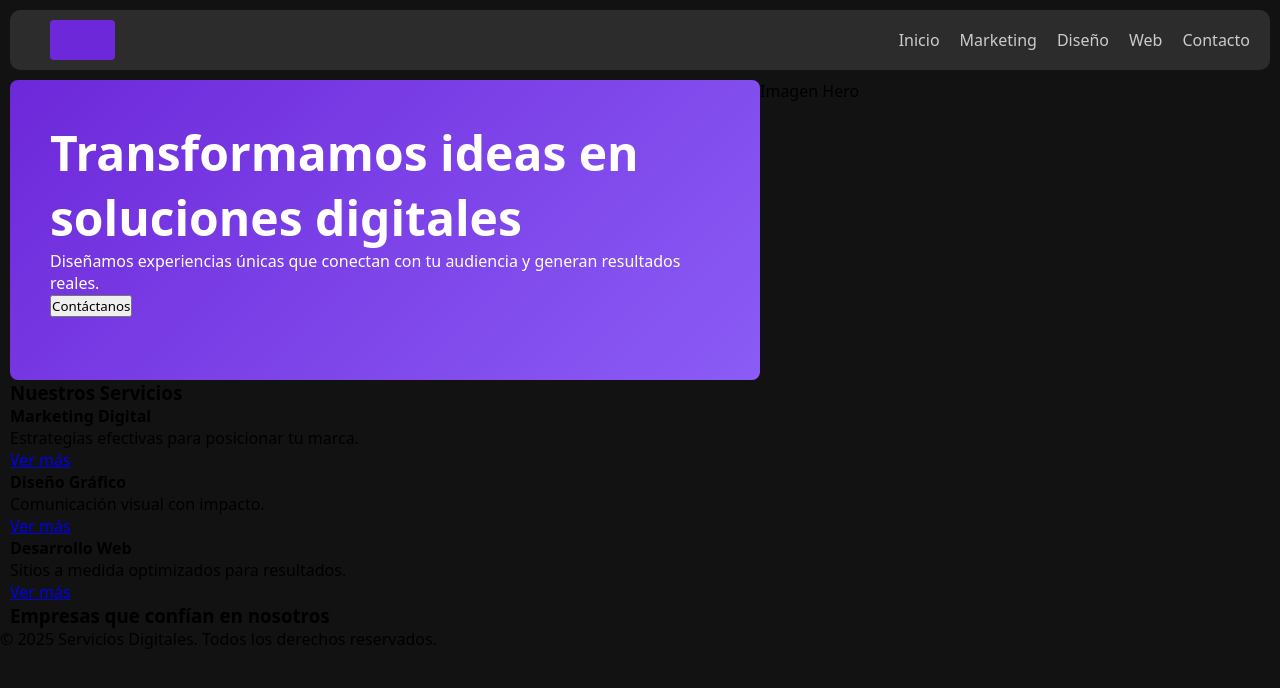
Repository: santinogarrone/TrabajoAgustin
Page: html/index.html
An editor plug-in stored every save of this project. The page is shown before and after a run of saves, followed by the edit.
The browser window is 1280 px wide. The pictures show the whole page.

Above is the page before, as saved 2025-05-02 12:10:51.

After the next 2 saves:
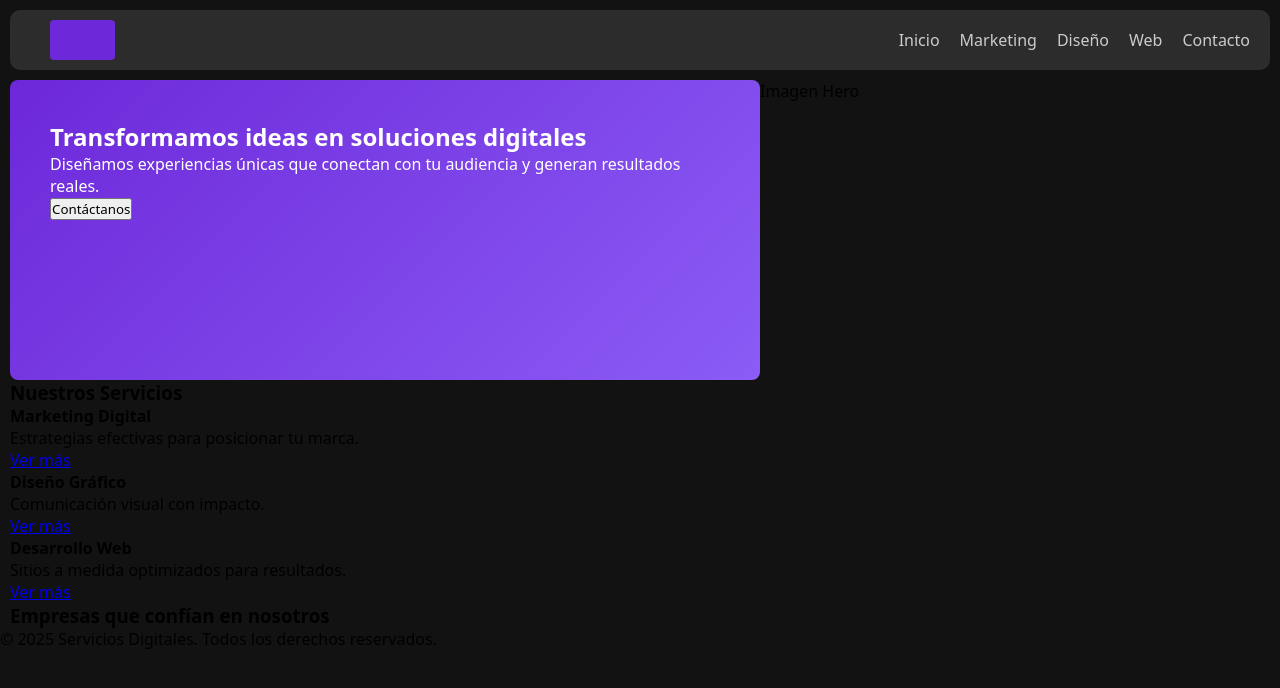
The 2 saves are shown as one change because they came seconds apart.
The last was saved 10 s later.
--- a/css/style.css
+++ b/css/style.css
@@ -78,7 +78,7 @@ header{
   }
 
   .tit-contacto{
-    font-size: 3rem;
+
   }
 
 @media (375px >= width) {
